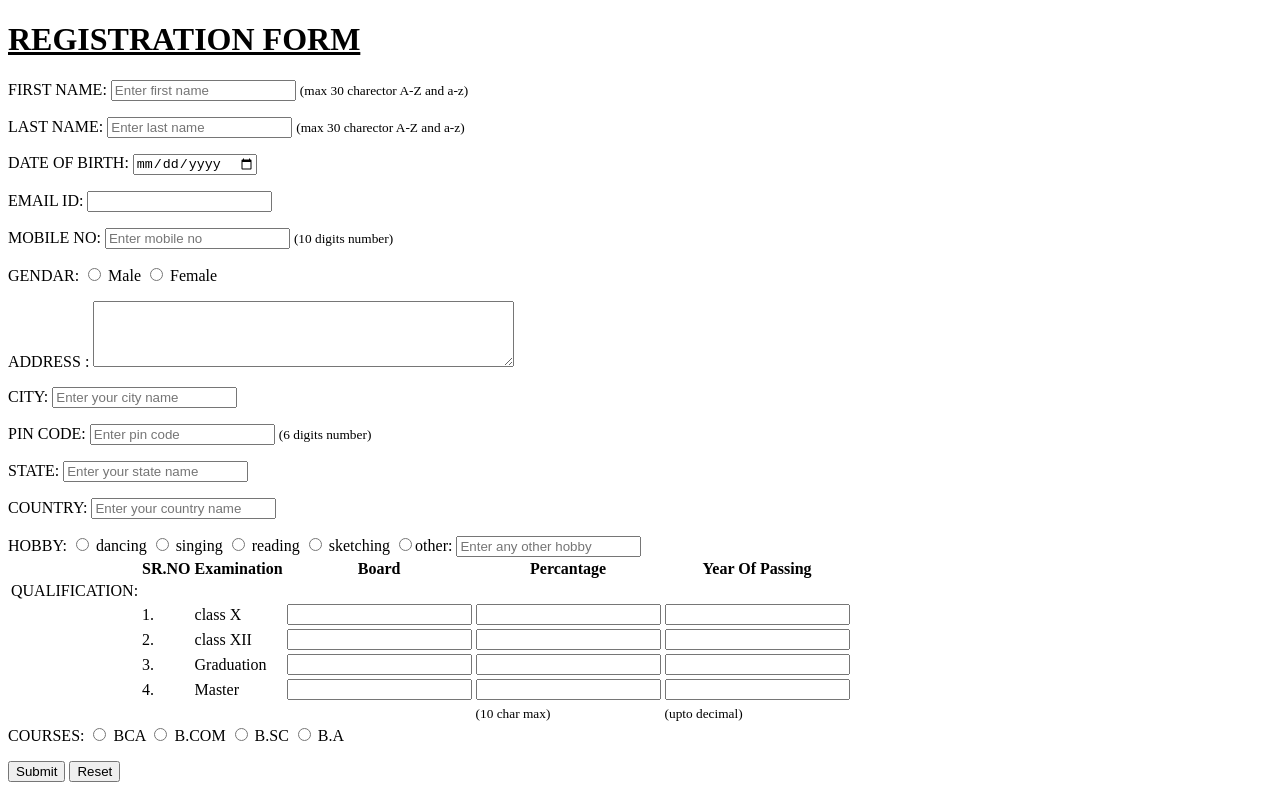
Repository: MintuKrishnan/subrahmanyam-batch
Page: front-end/html/form.html
The author's editor kept a copy of each file at every save. The page is drawn from the files as they stood at one save, then again after the next save.
The browser window is 1280 px wide. The pictures show the whole page.

Above is the page before, as saved 2021-02-26 14:35:46.

### front-end/html/form.html
<!DOCTYPE html>
<html lang="en">
<head>
    <meta charset="UTF-8">
    <meta http-equiv="X-UA-Compatible" content="IE=edge">
    <meta name="viewport" content="width=device-width, initial-scale=1.0">
    <title>student registration form</title>
</head>
<body>
    <h1>
        <u>REGISTRATION FORM</u>
    </h1>
    <form>
    <p>
        <label for="name">FIRST NAME:</label>
    <input type="text" placeholder="Enter first name" name="name" id="name" min="30" max="30">
    <small>(max 30 charector A-Z and a-z)</small>
    </p>

    <p>
        <label for="name">LAST NAME:</label>
        <input type="text" placeholder="Enter last name" name="name" id="name" min="30" max="30">
        <small>(max 30 charector A-Z and a-z)</small>
    </p>

    <p><label for="birthday">DATE OF BIRTH:</label>
        <input type="date" id="birthday" name="birthday"></p>

    <p><label for="email">EMAIL ID:</label>
        <input type="email" id="email" name="email"></p>

    <p><label for="phone">MOBILE NO:</label>
        <input type="tel" id="phone" name="phone" placeholder="Enter mobile no">
        <small>(10 digits number)</small></p>

        <label for="text">GENDAR:</label>
        <input type="radio" name="gender" value="male"> Male
        <input type="radio" name="gender" value="female"> Female

    <p><label for="address"> ADDRESS :</label>
        <textarea id="adress" name="address" rows="4" cols="50">
            </textarea></p>

    <p><label for="text"> CITY:</label>
        <input type="text" placeholder="Enter your city name" id="city" name="city"></p>

    <p><label for="number">PIN CODE:</label>
        <input type="number" placeholder="Enter pin code" id="pin code" name="pin code" >
        <small>(6 digits number)</small></p>

    <p><label for="text"> STATE:</label>
        <input type="text" placeholder="Enter your state name" id="city" name="city"></p>

    <p><label for="text"> COUNTRY:</label>
        <input type="text" placeholder="Enter your country name" id="city" name="city"></p>


        <label for="text">HOBBY:</label>
        <input type="radio" value="dancing"> dancing
        <input type="radio" value="singing"> singing
        <input type="radio" value="reading"> reading
        <input type="radio" value="sketching"> sketching
        <input type="radio"value='other'>other:
        <input type="text" placeholder="Enter any other hobby" name="fname">
        <br>





    <table>
        <tr>
            <td> QUALIFICATION:</tr></td>

        <thead>
            <th></th>
            <th>SR.NO</th>
            <th>Examination</th>
            <th>Board</th>
            <th>Percantage</th>
            <th>Year Of Passing</th>
            </tr>
        </thead>
        <tr>
            <td></td>
            <td>1.</td>
            <td>class X</td>
            <td><input type="text"></td>
            <td><input type="text"></td>
            <td><input type="text"></td>
        </tr>
        <tr>
            <td></td>
            <td>2.</td>
            <td>class XII</td>
            <td><input type="text"></td>
            <td><input type="text"></td>
            <td><input type="text"></td>
        </tr>
        <tr>
            <td></td>
            <td>3.</td>
            <td>Graduation</td>
            <td><input type="text"></td>
            <td><input type="text"></td>
            <td><input type="text"></td>
        </tr>
        <tr>
            <td></td>
            <td>4.</td>
            <td>Master</td>
            <td><input type="text"></td>
            <td><input type="text"></td>
            <td><input type="text"></td>
        </tr>
        <tr>
            <td></td>
            <td></td>
            <td></td>
            <td></td>
            <td><small>(10 char max)</small></td>
            <td><small>(upto decimal)</small></td>
        </tr>
        <tfoot></tfoot>
    </table>


        <label for="text">COURSES:</label>
                <input type="radio" value="bca"> BCA
                <input type="radio" value="b.com"> B.COM
                <input type="radio" value="b.sc"> B.SC
                <input type="radio" value="b.a"> B.A



    <p>
        <input type="submit">
        <input type="reset">
    </p>
    </form>

</body>

</html>

After the next save:
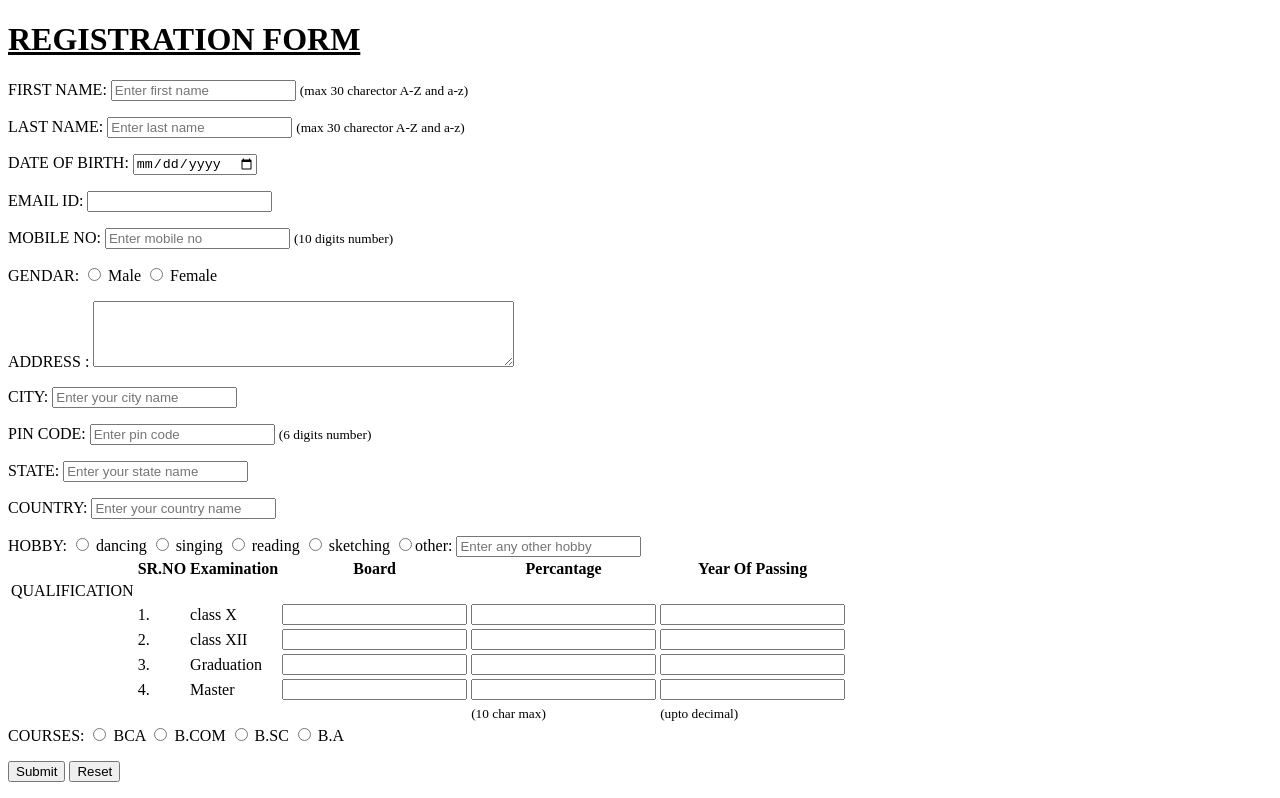
Saved 23 s later.
--- a/front-end/html/form.html
+++ b/front-end/html/form.html
@@ -70,7 +70,7 @@
 
     <table>
         <tr>
-            <td> QUALIFICATION:</tr></td>
+            <td> QUALIFICATION</tr></td>
 
         <thead>
             <th></th>
